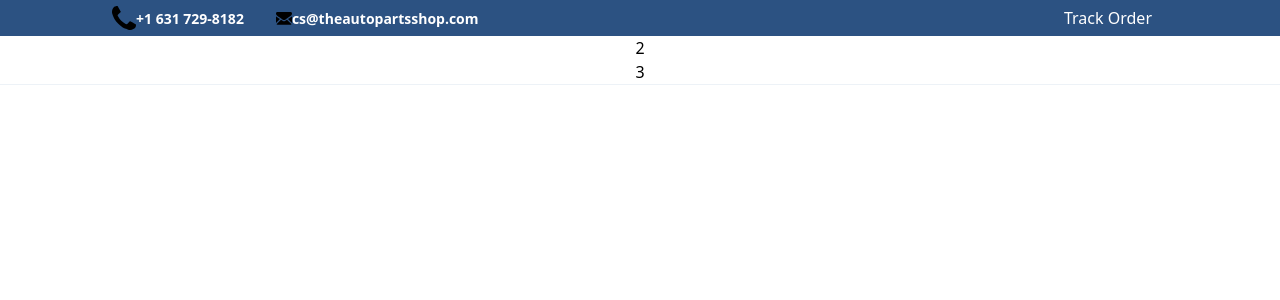
Repository: robindhimanspineor/TAPS-Next
Page: /
These files come from the project's save history. The page is drawn as it stood at one moment and after the next save; the edit follows.
The browser window is 1280 px wide. The pictures show the whole page.
The project was rebuilt for these pictures with package versions that can differ from the ones it lists, and the page was loaded fresh each time. The framework's server and built-in components were replaced by stand-ins that run in the browser. Also part of the build but not shown: next.config.js.

Above is the page before, as saved 2021-09-16 15:30:12.

### src/pages/index.tsx
// import { useRouter } from 'next/router';

// import { Meta } from '../layout/Meta';
// import { Main } from '../templates/Main';
import Header from '../components/common/header';

const Index = () => {
  // const router = useRouter();

  return (
    // <Main
    //   meta={
    //     <Meta
    //       title="Next.js Boilerplate Presentation"
    //       description="Next js Boilerplate is the perfect starter code for your project. Build your React application with the Next.js framework."
    //     />
    //   }
    // >
    // </Main>
    <div>
      <main className="main-container block">
        <Header />
      </main>
    </div>
  );
};

export default Index;

### src/components/common/header/index.js
import PhoneHandle from '../../../svg/PhoneHandleSvg.js';
import MailBoxSvg from '../../../svg/MailBoxSvg';

const Header = () => {
  return (
    <header className="flex flex-col items-center justify-center w-full static border-b z-50">
      <div className="head-top flex justify-between py-1.5 pr-32 pl-28 bg-blue-800 w-full">
        <div className="w-screen max-w-screen-xl flex justify-between">
          <div className="head-top-left flex text-white font-medium w-9/12">
            <div className="head-top-phone flex items-center text-white w-auto text-sm font-semibold">
              <div className="text-white h-6 w-6 flex items-center">
                <PhoneHandle />
              </div>
              <span>+1 631 729-8182</span>
            </div>
            <div className="heap-top-email flex items-center text-white w-auto text-sm font-semibold ml-8">
              <div className="text-white h-6 w-4 flex items-center">
                <MailBoxSvg />
              </div>
              cs@theautopartsshop.com
            </div>
          </div>
          <div className="head-top-right text-white font-medium">
            Track Order
          </div>
        </div>
      </div>
      <div>2</div>
      <div>3</div>
    </header>
  );
};

export default Header;

### src/svg/PhoneHandleSvg.js
import React from 'react';

const PhoneHandle = () => (
  <svg
    version="1.1"
    xmlns="http://www.w3.org/2000/svg"
    xmlnsXlink="http://www.w3.org/1999/xlink"
    x="0px"
    y="0px"
    width="401.998px"
    height="401.998px"
    viewBox="0 0 401.998 401.998"
    style={{ enableBackground: 'new 0 0 401.998 401.998' }}
    xmlSpace="preserve"
    aria-label="phone handle svg"
  >
    <g>
      <path
        d="M401.129,311.475c-1.137-3.426-8.371-8.473-21.697-15.129c-3.61-2.098-8.754-4.949-15.41-8.566
		c-6.662-3.617-12.709-6.95-18.13-9.996c-5.432-3.045-10.521-5.995-15.276-8.846c-0.76-0.571-3.139-2.234-7.136-5
		c-4.001-2.758-7.375-4.805-10.14-6.14c-2.759-1.327-5.473-1.995-8.138-1.995c-3.806,0-8.56,2.714-14.268,8.135
		c-5.708,5.428-10.944,11.324-15.7,17.706c-4.757,6.379-9.802,12.275-15.126,17.7c-5.332,5.427-9.713,8.138-13.135,8.138
		c-1.718,0-3.86-0.479-6.427-1.424c-2.566-0.951-4.518-1.766-5.858-2.423c-1.328-0.671-3.607-1.999-6.845-4.004
		c-3.244-1.999-5.048-3.094-5.428-3.285c-26.075-14.469-48.438-31.029-67.093-49.676c-18.649-18.658-35.211-41.019-49.676-67.097
		c-0.19-0.381-1.287-2.19-3.284-5.424c-2-3.237-3.333-5.518-3.999-6.854c-0.666-1.331-1.475-3.283-2.425-5.852
		s-1.427-4.709-1.427-6.424c0-3.424,2.713-7.804,8.138-13.134c5.424-5.327,11.326-10.373,17.7-15.128
		c6.379-4.755,12.275-9.991,17.701-15.699c5.424-5.711,8.136-10.467,8.136-14.273c0-2.663-0.666-5.378-1.997-8.137
		c-1.332-2.765-3.378-6.139-6.139-10.138c-2.762-3.997-4.427-6.374-4.999-7.139c-2.852-4.755-5.799-9.846-8.848-15.271
		c-3.049-5.424-6.377-11.47-9.995-18.131c-3.615-6.658-6.468-11.799-8.564-15.415C98.986,9.233,93.943,1.997,90.516,0.859
		C89.183,0.288,87.183,0,84.521,0c-5.142,0-11.85,0.95-20.129,2.856c-8.282,1.903-14.799,3.899-19.558,5.996
		c-9.517,3.995-19.604,15.605-30.264,34.826C4.863,61.566,0.01,79.271,0.01,96.78c0,5.135,0.333,10.131,0.999,14.989
		c0.666,4.853,1.856,10.326,3.571,16.418c1.712,6.09,3.093,10.614,4.137,13.56c1.045,2.948,2.996,8.229,5.852,15.845
		c2.852,7.614,4.567,12.275,5.138,13.988c6.661,18.654,14.56,35.307,23.695,49.964c15.03,24.362,35.541,49.539,61.521,75.521
		c25.981,25.98,51.153,46.49,75.517,61.526c14.655,9.134,31.314,17.032,49.965,23.698c1.714,0.568,6.375,2.279,13.986,5.141
		c7.614,2.854,12.897,4.805,15.845,5.852c2.949,1.048,7.474,2.43,13.559,4.145c6.098,1.715,11.566,2.905,16.419,3.576
		c4.856,0.657,9.853,0.996,14.989,0.996c17.508,0,35.214-4.856,53.105-14.562c19.219-10.656,30.826-20.745,34.823-30.269
		c2.102-4.754,4.093-11.273,5.996-19.555c1.909-8.278,2.857-14.985,2.857-20.126C401.99,314.814,401.703,312.819,401.129,311.475z"
      />
    </g>
    <g />
    <g />
    <g />
    <g />
    <g />
    <g />
    <g />
    <g />
    <g />
    <g />
    <g />
    <g />
    <g />
    <g />
    <g />
  </svg>
);

export default PhoneHandle;

### src/svg/MailBoxSvg.js
import React from 'react';

const MailBoxSvg = () => (
  <svg
    version="1.1"
    xmlns="http://www.w3.org/2000/svg"
    xmlnsXlink="http://www.w3.org/1999/xlink"
    x="0px"
    y="0px"
    width="550.795px"
    height="550.795px"
    viewBox="0 0 550.795 550.795"
    style={{ enableBackground: 'new 0 0 550.795 550.795' }}
    xmlSpace="preserve"
    aria-label="mail box"
  >
    <g>
      <g>
        <path
          d="M501.613,491.782c12.381,0,23.109-4.088,32.229-12.16L377.793,323.567c-3.744,2.681-7.373,5.288-10.801,7.767
			c-11.678,8.604-21.156,15.318-28.434,20.129c-7.277,4.822-16.959,9.737-29.045,14.755c-12.094,5.024-23.361,7.528-33.813,7.528
			h-0.306h-0.306c-10.453,0-21.72-2.503-33.813-7.528c-12.093-5.018-21.775-9.933-29.045-14.755
			c-7.277-4.811-16.75-11.524-28.434-20.129c-3.256-2.387-6.867-5.006-10.771-7.809L16.946,479.622
			c9.119,8.072,19.854,12.16,32.234,12.16H501.613z"
        />
        <path
          d="M31.047,225.299C19.37,217.514,9.015,208.598,0,198.555V435.98l137.541-137.541
			C110.025,279.229,74.572,254.877,31.047,225.299z"
        />
        <path
          d="M520.059,225.299c-41.865,28.336-77.447,52.73-106.75,73.195l137.486,137.492V198.555
			C541.98,208.396,531.736,217.306,520.059,225.299z"
        />
        <path
          d="M501.613,59.013H49.181c-15.784,0-27.919,5.33-36.42,15.979C4.253,85.646,0.006,98.97,0.006,114.949
			c0,12.907,5.636,26.892,16.903,41.959c11.267,15.061,23.256,26.891,35.961,35.496c6.965,4.921,27.969,19.523,63.012,43.801
			c18.917,13.109,35.368,24.535,49.505,34.395c12.05,8.396,22.442,15.667,31.022,21.701c0.985,0.691,2.534,1.799,4.59,3.269
			c2.215,1.591,5.018,3.61,8.476,6.107c6.659,4.816,12.191,8.709,16.597,11.683c4.4,2.975,9.731,6.298,15.985,9.988
			c6.249,3.685,12.143,6.456,17.675,8.299c5.533,1.842,10.655,2.766,15.367,2.766h0.306h0.306c4.711,0,9.834-0.924,15.368-2.766
			c5.531-1.843,11.42-4.608,17.674-8.299c6.248-3.69,11.572-7.02,15.986-9.988c4.406-2.974,9.938-6.866,16.598-11.683
			c3.451-2.497,6.254-4.517,8.469-6.102c2.057-1.476,3.605-2.577,4.596-3.274c6.684-4.651,17.1-11.892,31.104-21.616
			c25.482-17.705,63.01-43.764,112.742-78.281c14.957-10.447,27.453-23.054,37.496-37.803c10.025-14.749,15.051-30.22,15.051-46.408
			c0-13.525-4.873-25.098-14.598-34.737C526.461,63.829,514.932,59.013,501.613,59.013z"
        />
      </g>
    </g>
    <g />
    <g />
    <g />
    <g />
    <g />
    <g />
    <g />
    <g />
    <g />
    <g />
    <g />
    <g />
    <g />
    <g />
    <g />
  </svg>
);

export default MailBoxSvg;

Loaded but not shown: src/pages/_app.tsx (common file); src/pages/_document.tsx (common file); src/styles/main.css (common file); src/utils/AppConfig.ts (common file); tailwind.config.js (common file)

After the next save:
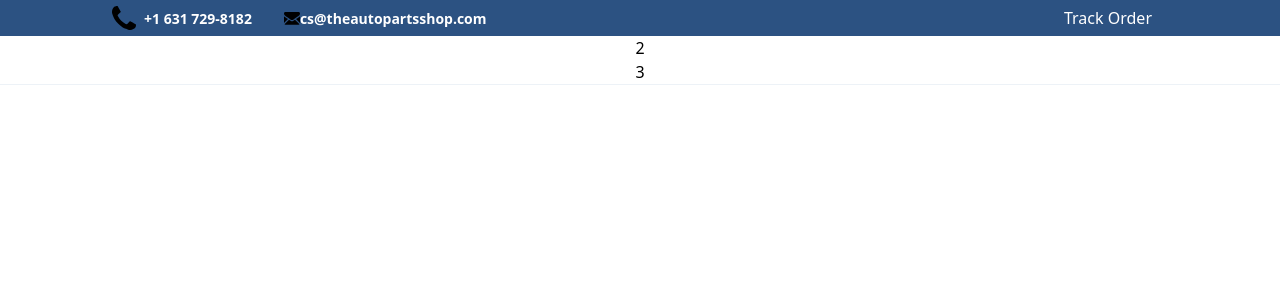
Saved 10 s later.
--- a/src/components/common/header/index.js
+++ b/src/components/common/header/index.js
@@ -8,7 +8,7 @@ const Header = () => {
         <div className="w-screen max-w-screen-xl flex justify-between">
           <div className="head-top-left flex text-white font-medium w-9/12">
             <div className="head-top-phone flex items-center text-white w-auto text-sm font-semibold">
-              <div className="text-white h-6 w-6 flex items-center">
+              <div className="text-white h-6 w-6 flex items-center mr-2">
                 <PhoneHandle />
               </div>
               <span>+1 631 729-8182</span>
